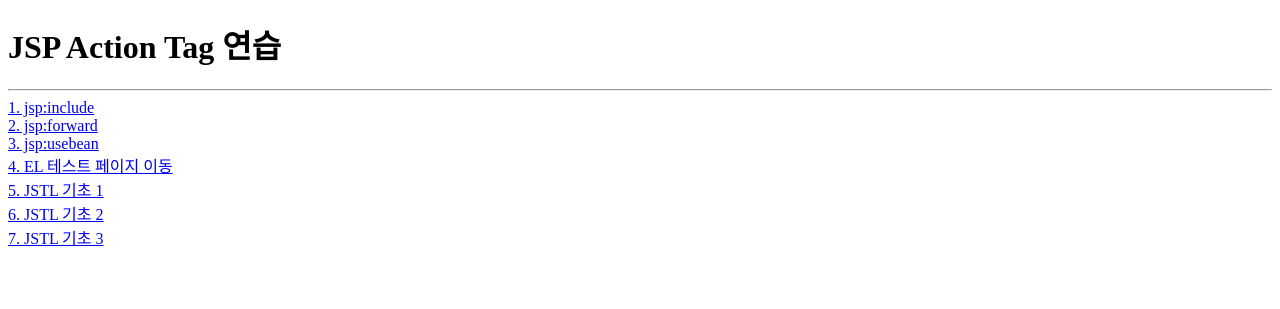
Repository: ajtwls1256/Web-workspace
Page: Day55-jspTag/WebContent/index.html
These files come from the project's save history. The page is drawn as it stood at one moment and after the next save; the edit follows.
The browser window is 1280 px wide. The pictures show the whole page.

Above is the page before, as saved 2019-10-14 04:57:43.

After the next save:
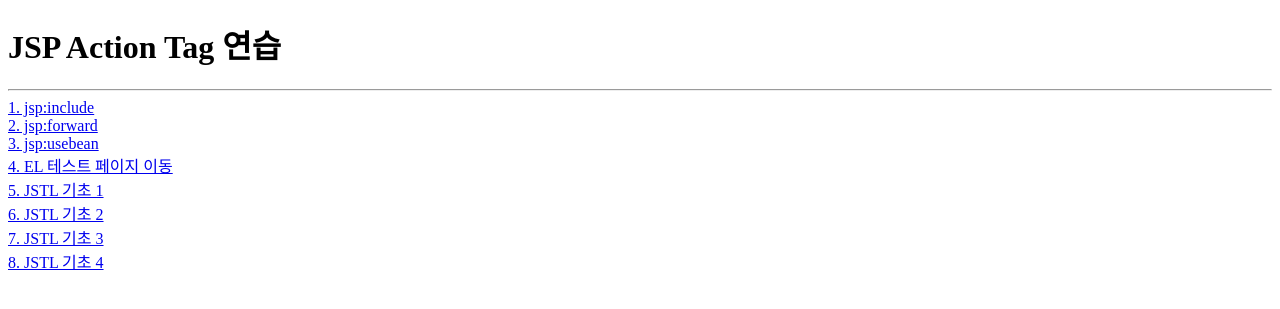
Saved 8 s later.
--- a/Day55-jspTag/WebContent/index.html
+++ b/Day55-jspTag/WebContent/index.html
@@ -21,5 +21,7 @@
 	<a href="/jsp/JSTL/jsp_JSTL_Basic2.jsp">6. JSTL 기초 2</a><br>
 
 	<a href="/jsp/JSTL/jsp_JSTL_Basic3.jsp">7. JSTL 기초 3</a><br>
+
+	<a href="/jsp/JSTL/jsp_JSTL_Basic4.jsp">8. JSTL 기초 4</a><br>
 </body>
 </html>
